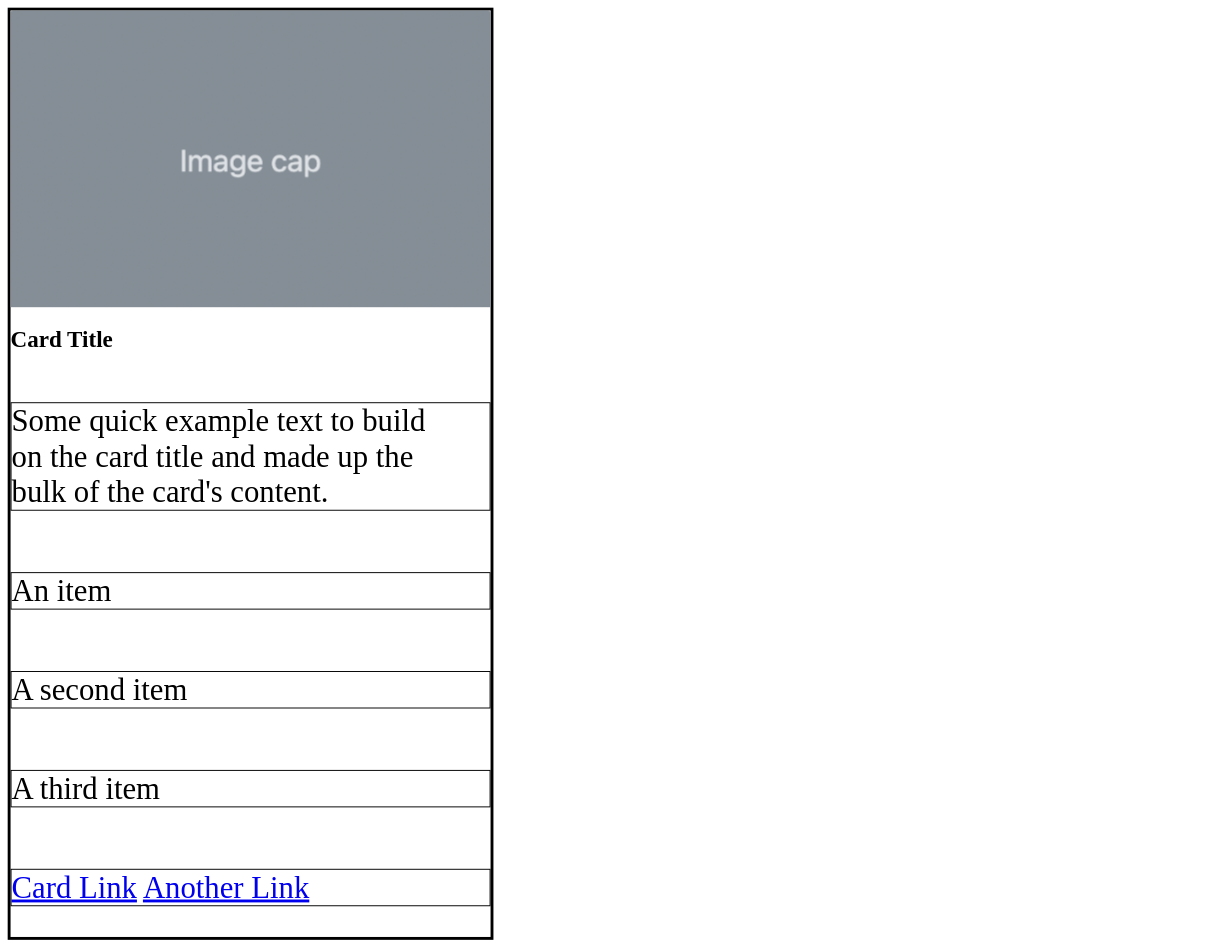
Repository: tr2cky/nav
Page: card.html
An editor plug-in stored every save of this project. The page is shown before and after the next save, followed by the edit.
The browser window is 1280 px wide. The pictures show the whole page, at 96% of full size.

Above is the page before, as saved 2022-09-27 16:09:37.

After the next save:
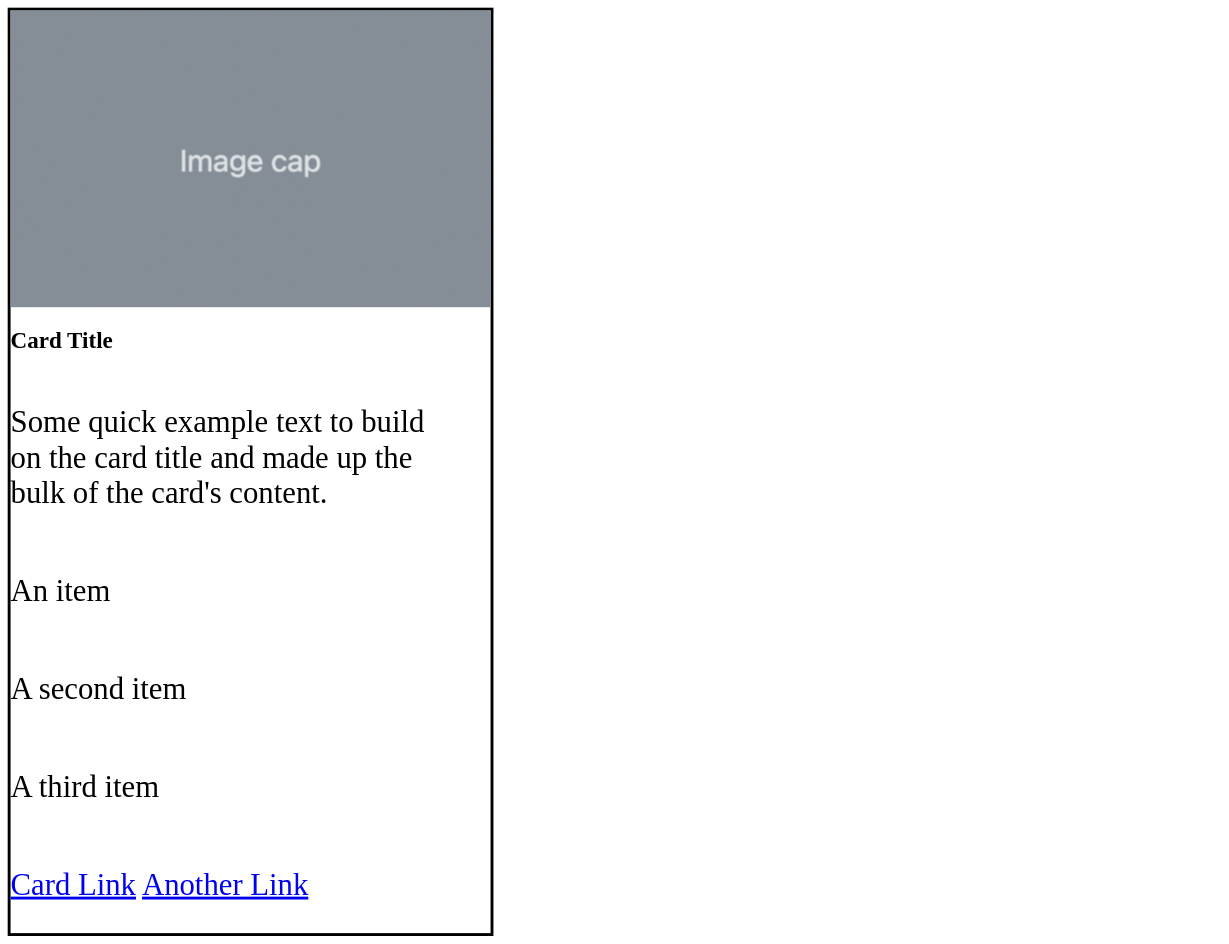
Saved 35 s later.
--- a/style.css
+++ b/style.css
@@ -3,11 +3,11 @@
     flex-direction: column;
     border: 3px solid black;
     max-width: 500px;
+    gap: 1px;
 }
 .container > img {
     width: 500px;
 }
 .container > p {
     font-size: 2rem;
-    border: 1px solid black;
 }
